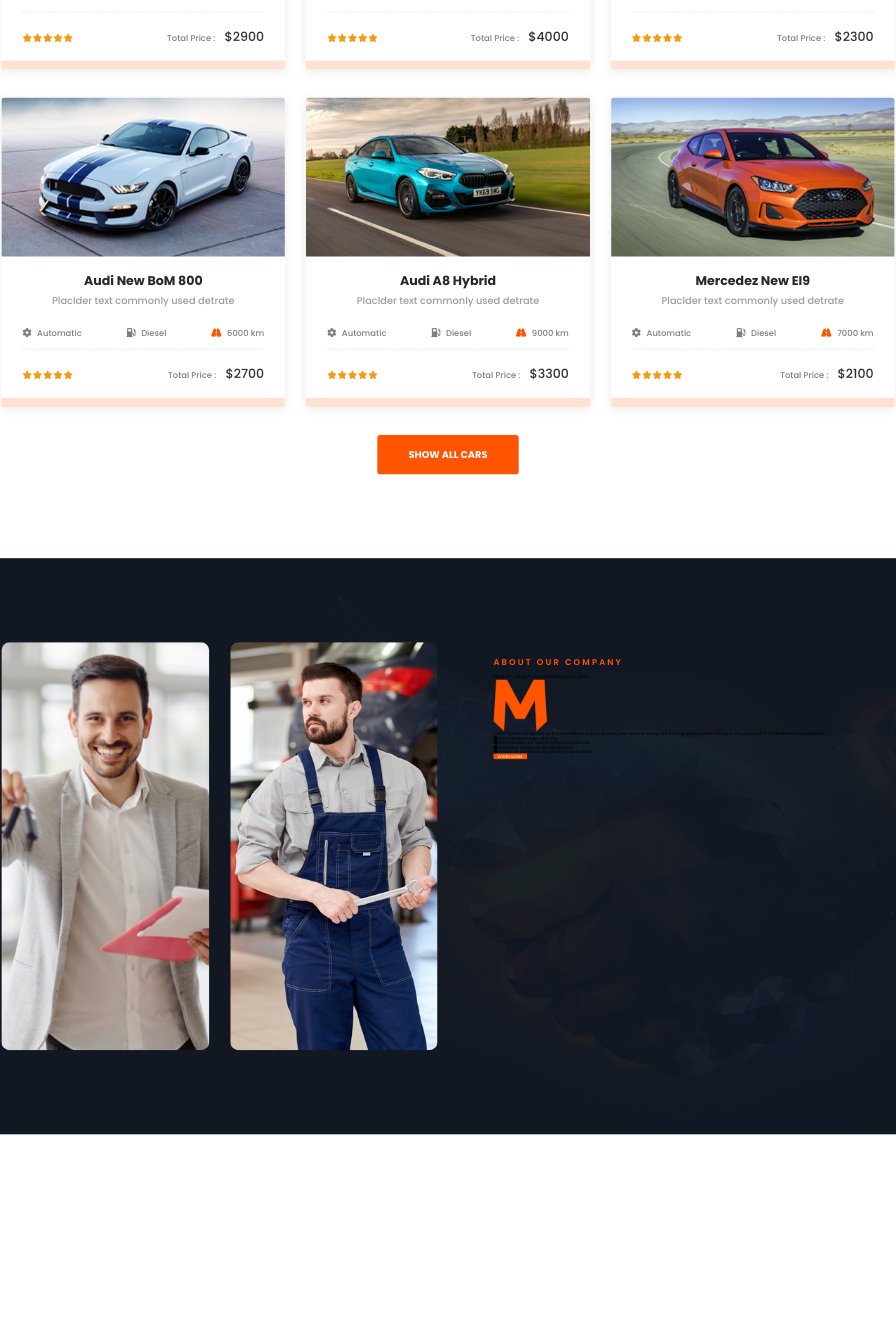
Repository: thanhdinh01/shopcar
Page: index.html
The author's editor kept a copy of each file at every save. The page is drawn from the files as they stood at one save, then again after the next save.
The browser window is 1280 px wide. The pictures show the part of the page from y = 2139 to 4059 px (the page is 4059 px tall), at 70% of full size.
Some web libraries are served in a nearby version. The style sheet was rebuilt from its Sass, Less or Tailwind sources for each picture, by a compiler version that may differ from the author's.

Above is the page before, as saved 2022-08-17 20:53:15.

### index.html
<!DOCTYPE html>
<html lang="en">
  <head>
    <meta charset="UTF-8" />
    <meta http-equiv="X-UA-Compatible" content="IE=edge" />
    <meta name="viewport" content="width=device-width, initial-scale=1.0" />
    <title>Increase follower on social media</title>
    <link
      rel="stylesheet"
      href="https://cdnjs.cloudflare.com/ajax/libs/font-awesome/6.1.2/css/all.min.css"
      integrity="sha512-1sCRPdkRXhBV2PBLUdRb4tMg1w2YPf37qatUFeS7zlBy7jJI8Lf4VHwWfZZfpXtYSLy85pkm9GaYVYMfw5BC1A=="
      crossorigin="anonymous"
      referrerpolicy="no-referrer"
    />
    <link
      href="https://fonts.googleapis.com/css2?family=Poppins:wght@300;400;500;600;700;900&display=swap"
      rel="stylesheet"
    />
    <link rel="stylesheet" href="./css/style.css" />
  </head>

  <body>
    <div class="main">
      <!-- HEADER -->
      <header class="header">
        <div class="header-top">
          <div class="container">
            <div class="header-top-container dflex">
              <ul class="header-top-left">
                <li>
                  <i class="fa-regular fa-envelope"></i>
                  <p>thanhdinhduy@support.com</p>
                </li>
                <li>
                  <i class="fa-regular fa-clock"></i>
                  <p>10:00 AM To 5:00 PM</p>
                </li>
              </ul>
              <ul class="header-top-right">
                <li class="header-contact">
                  <a href="#"><i class="fa-brands fa-square-facebook"></i></a>
                  <a href="#"><i class="fa-brands fa-square-twitter"></i></a>
                  <a href="#"><i class="fa-brands fa-square-vimeo"></i></a>
                  <a href="#"><i class="fa-brands fa-linkedin"></i></a>
                </li>
                <li class="header-login">
                  <a href="#" class="login">
                    <i class="fa-regular fa-circle-user"></i> LOGIN
                  </a>
                  <a href="#" class="logup"> REGISTER </a>
                </li>
              </ul>
            </div>
          </div>
        </div>
        <div class="header-navigation">
          <div class="container p15 dflex">
            <div class="nav-logo">
              <a href="#" class="logo-link">
                <img
                  class="logo-header-img"
                  src="./images/header/logo.png"
                  alt="logo"
                />
              </a>
            </div>
            <div class="nav-total dflex">
              <ul class="nav-list dflex">
                <li class="nav-item active">
                  <a href="#">HOME</a>
                </li>
                <li class="nav-item">
                  <a href="#">INVENTORY </a>
                  <ul class="sub-list">
                    <li class="sub-item">
                      <a href="#">Inventory List</a>
                    </li>
                    <li class="sub-item">
                      <a href="#">Inventory Details</a>
                    </li>
                  </ul>
                </li>
                <li class="nav-item">
                  <a href="#">PAGES</a>
                  <ul class="sub-list">
                    <li class="sub-item">
                      <a href="#">About us</a>
                    </li>
                    <li class="sub-item">
                      <a href="#">Loan Calculator</a>
                    </li>
                    <li class="sub-item">
                      <a href="#">Login Page</a>
                    </li>
                  </ul>
                </li>
                <li class="nav-item">
                  <a href="#">BLOG</a>
                  <ul class="sub-list">
                    <li class="sub-item">
                      <a href="#">Our Blog</a>
                    </li>
                    <li class="sub-item">
                      <a href="#">Blog Details</a>
                    </li>
                  </ul>
                </li>
                <li class="nav-item">
                  <a href="#">DEALERS</a>
                </li>
                <li class="nav-item">
                  <a href="#">CONTACT</a>
                </li>
              </ul>
              <ul class="nav-interact dflex">
                <li class="cart">
                  <a href="#" class="cart-link">
                    <i class="fa-solid fa-basket-shopping"></i>
                  </a>
                  <div class="cart-quantity">4</div>
                  <div class="cart-wrap">
                    <div class="cart-top">
                      <div class="cart-item">
                        <a href="#" class="product-img">
                          <img
                            src="./images/latest-car/t_released_cars_thumb01.jpg"
                            alt=""
                          />
                        </a>
                        <div class="product-desc">
                          <a href="#" class="product-title"
                            >Mercedes-Benz GLE Coupe</a
                          >
                          <span class="product-price">$299</span>
                        </div>
                        <div class="delete-item">
                          <i class="fa-regular fa-trash-can"></i>
                        </div>
                      </div>
                      <div class="cart-item">
                        <a href="#" class="product-img">
                          <img
                            src="./images/latest-car/t_released_cars_thumb02.jpg"
                            alt=""
                          />
                        </a>
                        <div class="product-desc">
                          <a href="#" class="product-title">
                            Mercedes-Benz GLE Coupe
                          </a>
                          <span class="product-price">$299</span>
                        </div>
                        <div class="delete-item">
                          <i class="fa-regular fa-trash-can"></i>
                        </div>
                      </div>
                      <div class="cart-item">
                        <a href="#" class="product-img">
                          <img
                            src="./images/latest-car/t_released_cars_thumb03.jpg"
                            alt=""
                          />
                        </a>
                        <div class="product-desc">
                          <a href="#" class="product-title"
                            >Mercedes-Benz GLE Coupe Benz GLE Coupe</a
                          >
                          <span class="product-price">$299</span>
                        </div>
                        <div class="delete-item">
                          <i class="fa-regular fa-trash-can"></i>
                        </div>
                      </div>
                      <div class="cart-item">
                        <a href="#" class="product-img">
                          <img
                            src="./images/latest-car/t_released_cars_thumb04.jpg"
                            alt=""
                          />
                        </a>
                        <div class="product-desc">
                          <a href="#" class="product-title"
                            >Mercedes-Benz GLE Coupe</a
                          >
                          <span class="product-price">$299</span>
                        </div>
                        <div class="delete-item">
                          <i class="fa-regular fa-trash-can"></i>
                        </div>
                      </div>
                    </div>
                    <div class="cart-bottom">
                      <div class="cart-bottom-price">
                        <p>Total</p>
                        <span>$1000</span>
                      </div>
                      <div class="cart-bottom-buying">
                        <button class="button buy-now">SHOPPING CART</button>
                        <button class="button check-out">CHECK OUT</button>
                      </div>
                    </div>
                  </div>
                </li>
                <li class="quote">
                  <button class="button">GET A QUOTE</button>
                </li>
                <li class="search">
                  <i class="fa-solid fa-magnifying-glass search-toggle"></i>
                </li>
              </ul>
            </div>
          </div>
        </div>
        <div class="search-active">
          <input
            type="text"
            name=""
            id=""
            class="input-search"
            placeholder="Type here..."
          />
          <button class="search-icon">
            <i class="fa-solid fa-magnifying-glass"></i>
          </button>
        </div>
        <div class="header-main">
          <img src="./images/header/slider_content_icon.png" alt="" />
          <p class="mission">
            <i class="fa-solid fa-circle"></i>
            YOUR TRUST OUR ASSET
            <i class="fa-solid fa-circle"></i>
          </p>
          <h1 class="heading">FIND PERFECT CAR</h1>
          <p class="title">
            A car dealership, or vehicle local distribution, is a business
          </p>
          <button class="button button-header">FIND IT NOW</button>
        </div>
        <div class="header-selection">
          <div class="container-normal">
            <ul class="select-list">
              <li class="select-item">
                <div class="dropdown-select">
                  <span class="text-selected">Select Model</span>
                  <i class="fa-solid fa-angle-down"></i>
                </div>
                <ul class="dropdown-list">
                  <li class="dropdown-item">
                    <span class="dropdown-text">Select Model</span>
                  </li>
                  <li class="dropdown-item">
                    <span class="dropdown-text">Mercedes-Benz</span>
                  </li>
                  <li class="dropdown-item">
                    <span class="dropdown-text">Volkswagen</span>
                  </li>
                  <li class="dropdown-item">
                    <span class="dropdown-text">Aston-Martin</span>
                  </li>
                  <li class="dropdown-item">
                    <span class="dropdown-text">Lamboghini</span>
                  </li>
                  <li class="dropdown-item">
                    <span class="dropdown-text">Koenigsegg</span>
                  </li>
                </ul>
              </li>
              <li class="select-item">
                <div class="dropdown-select">
                  <span class="text-selected">Select Model</span>
                  <i class="fa-solid fa-angle-down"></i>
                </div>
                <ul class="dropdown-list">
                  <li class="dropdown-item">
                    <span class="dropdown-text"> Select Model</span>
                  </li>
                  <li class="dropdown-item">
                    <span class="dropdown-text">Volkswagen SC20</span>
                  </li>
                  <li class="dropdown-item">
                    <span class="dropdown-text">Honda CBR9</span>
                  </li>
                  <li class="dropdown-item">
                    <span class="dropdown-text">Aston K3518</span>
                  </li>
                  <li class="dropdown-item">
                    <span class="dropdown-text">BMW SC20</span>
                  </li>
                  <li class="dropdown-item">
                    <span class="dropdown-text">Toyota 186LM</span>
                  </li>
                </ul>
              </li>
              <li class="select-item">
                <div class="dropdown-select">
                  <span class="text-selected">Select Model</span>
                  <i class="fa-solid fa-angle-down"></i>
                </div>
                <ul class="dropdown-list">
                  <li class="dropdown-item">
                    <span class="dropdown-text">Select Model</span>
                  </li>
                  <li class="dropdown-item">
                    <span class="dropdown-text">SORN Status</span>
                  </li>
                  <li class="dropdown-item">
                    <span class="dropdown-text">Fuel Type</span>
                  </li>
                  <li class="dropdown-item">
                    <span class="dropdown-text">Last Log Book</span>
                  </li>
                  <li class="dropdown-item">
                    <span class="dropdown-text">MOT Expires</span>
                  </li>
                  <li class="dropdown-item">
                    <span class="dropdown-text">Vehicle TAX</span>
                  </li>
                </ul>
              </li>
              <li class="select-item">
                <div class="dropdown-select">
                  <span class="text-selected">Select Model</span>
                  <i class="fa-solid fa-angle-down"></i>
                </div>
                <ul class="dropdown-list">
                  <li class="dropdown-item">
                    <span class="dropdown-text">Select Model</span>
                  </li>
                  <li class="dropdown-item">
                    <span class="dropdown-text">BMW 7 Series</span>
                  </li>
                  <li class="dropdown-item">
                    <span class="dropdown-text">Mercedes-Benz</span>
                  </li>
                  <li class="dropdown-item">
                    <span class="dropdown-text">Volkswagen</span>
                  </li>
                  <li class="dropdown-item">
                    <span class="dropdown-text">Aston-Martin</span>
                  </li>
                  <li class="dropdown-item">
                    <span class="dropdown-text">Lamboghini</span>
                  </li>
                  <li class="dropdown-item">
                    <span class="dropdown-text">Koenigsegg</span>
                  </li>
                </ul>
              </li>
              <button class="button select-car">SELECT VEHICLE</button>
            </ul>
          </div>
        </div>
      </header>
      <!-- Features area -->
      <div class="features-area">
        <div class="container-normal">
          <div class="features-container dflex">
            <div class="features-item">
              <div class="features-img">
                <img src="./images/featured/features-icon.png" alt="" />
              </div>
              <h3 class="features-title">Dealership Points</h3>
              <p class="features-desc">
                Placlder text commonly is used detrate theys visual consectetur
                ading elitmod use
              </p>
            </div>
            <div class="features-item">
              <div class="features-img">
                <img src="./images/featured/h3_features_icon02.png" alt="" />
              </div>
              <h3 class="features-title">Trusted by clients</h3>
              <p class="features-desc">
                Placlder text commonly is used detrate theys visual consectetur
                ading elitmod use
              </p>
            </div>
            <div class="features-item">
              <div class="features-img">
                <img src="./images/featured/h3_features_icon03.png" alt="" />
              </div>
              <h3 class="features-title">We are your location</h3>
              <p class="features-desc">
                Placlder text commonly is used detrate theys visual consectetur
                ading elitmod use
              </p>
            </div>
            <div class="features-item">
              <div class="features-img">
                <img src="./images/featured/h3_features_icon04.png" alt="" />
              </div>
              <h3 class="features-title">Easy Financing</h3>
              <p class="features-desc">
                Placlder text commonly is used detrate theys visual consectetur
                ading elitmod use
              </p>
            </div>
          </div>
        </div>
      </div>
      <!-- Release cars -->
      <div class="release-cars">
        <div class="container-normal">
          <div class="release-car-container">
            <div class="release-title">
              <div class="title-blur">All Seller</div>
              <span>OUR FEATURED CARS</span>
              <h2>Latest Released Cars</h2>
            </div>
            <div class="menu-car">
              <div class="menu-control">
                <button class="button btn-menu-car active" data-type="all">
                  ALL SELLER
                </button>
                <button class="button btn-menu-car" data-type="newcar">
                  NEW CARS
                </button>
                <button class="button btn-menu-car" data-type="usedcar">
                  USED CARS
                </button>
              </div>
              <ul class="car-list"></ul>
            </div>
          </div>
          <div class="car-show-btn">
            <button class="button">SHOW ALL CARS</button>
          </div>
        </div>
      </div>
      <!-- About area -->
      <div class="about-area">
        <div class="container-normal">
          <div class="about-wrapper">
            <div class="about-area-img">
              <div class="img-item">
                <img src="./images/about-company/about_img01.jpg" alt="" />
              </div>
              <div class="img-item">
                <img src="./images/about-company/about_img02.jpg" alt="" />
              </div>
            </div>
            <div class="about-area-container">
              <div class="about-content">
                <div class="about-heading">
                  <p>ABOUT OUR COMPANY</p>
                  <h2>
                    More For Trade-In Could Increa se Car Here <span>.</span>
                  </h2>
                </div>
                <div class="about-desc">
                  <img src="./images/about-company/m.png" alt="" />
                  <p>
                    Lorem ipsum, or lipsum as it is sometimes known dummy text
                    used in laying out print, graphic or web designs. The
                    passage is attributed to an unknown.
                  </p>
                </div>
                <ul class="about-list">
                  <li class="list-item">
                    <i class="fa-solid fa-circle-check"></i>
                    Sometimes known dummy
                  </li>
                  <li class="list-item">
                    <i class="fa-solid fa-circle-check"></i>
                    Best solution for developing your business
                  </li>
                  <li class="list-item">
                    <i class="fa-solid fa-circle-check"></i>
                    Deserunt ad ipsum sint excepteur
                  </li>
                  <li class="list-item">
                    <i class="fa-solid fa-circle-check"></i>
                    Lorem sit occaecat ea proident excepteur
                  </li>
                </ul>
                <button class="button btn-about-area">LEARN MORE</button>
              </div>
            </div>
          </div>
        </div>
      </div>
    </div>
    <!-- javasript -->
    <script src="./js/app.js"></script>
    <!-- modal -->
  </body>
</html>

### css/style.scss
@import "reset";
@import "animation";
@import "variables";
@import "global";
@import "modal";
@import "header";
@import "features-area";
@import "release-car";
@import "about-area";

### css/_animation.scss
@keyframes fadeInUp {
  0% {
    opacity: 0;
    transform: translateY(20px);
  }
  100% {
    opacity: 1;
    transform: translateY(0);
  }
}
@keyframes opacityUp {
  0% {
    opacity: 0;
    transform: translateY(-20px);
  }
  100% {
    opacity: 1;
    transform: translateY(0);
  }
}
@keyframes fadeIn {
  0% {
    opacity: 0;
  }
  100% {
    opacity: 1;
  }
}
@keyframes fadeInModal {
  0% {
    opacity: 0;
    transform: translateY(-300px);
  }
  100% {
    opacity: 1;
    transform: translateY(0);
  }
}

@keyframes shine {
  100% {
    left: 125%;
  }
}
@keyframes scaleUp {
  0% {
    opacity: 0;
    transform: scale(0.4);
  }
  100% {
    opacity: 1;
    transform: scale(1);
  }
}

### css/_variables.scss
$primaryColor: #ff5400;
$blackColor: #000;
$whiteColor: #fff;
$textColor: #9c9c9c;

### css/_global.scss
body,
*,
html {
  font-family: "Poppins", sans-serif;
  font-size: 62.5%;
  box-sizing: border-box;
}
body {
  margin-bottom: 300px;
}
.container {
  width: 1440px;
  max-width: 100%;
  margin: 0 auto;
}
.container-normal {
  width: 1276px;
  max-width: 100%;
  margin: 0 auto;
}
.dflex {
  display: flex;
  justify-content: space-between;
  align-items: center;
}

.button {
  display: flex;
  justify-content: center;
  align-items: center;
  outline: none;
  border: none;
  color: $whiteColor;
  background-color: $primaryColor;
  line-height: 1;
  cursor: pointer;
}

.p15 {
  padding: 0 15px;
}

### css/_features-area.scss
.features-area {
  background-color: #f7f7f7;
  padding: 120px 0 90px;
  .features-container {
    gap: 0 30px;
    .features-item {
      background-color: $whiteColor;
      box-shadow: 0px 5px 14.88px 1.12px rgb(157 157 157 / 15%);
      border-radius: 4px;
      padding: 55px 30px;
      display: flex;
      flex-direction: column;
      align-items: center;

      .features-img {
        margin-bottom: 25px;
        img {
          object-fit: contain;
          transform: rotateY(0deg);
          transition: 0.5s linear;
        }
      }
      &:hover img {
        transform: rotateY(360deg);
      }
      .features-title {
        font-size: 1.8rem;
        margin-bottom: 12px;
        font-weight: 700;
      }
      .features-desc {
        text-align: center;
        color: #9c9c9c;
        font-size: 1.4rem;
        font-weight: 400;
        line-height: 1.7;
      }
    }
  }
}

### css/_about-area.scss
.about-area {
  background-image: url("../images/about-company/about_bg.jpg");
  padding: 120px 0;
  .about-wrapper {
    display: flex;
    justify-content: space-between;
    gap: 0 30px;
    .about-area-img {
      flex: 1;
      display: flex;
      gap: 0 30px;
      .img-item {
        flex: 1;
        img {
          width: 100%;
          height: 100%;
          object-fit: cover;
          border-radius: 12px;
        }
      }
    }
    .about-area-container {
      flex: 1;
      .about-content {
        padding: 22px 30px 22px 50px;
        .about-heading {
          p {
            font-size: 1.2rem;
            font-weight: 600;
            color: $primaryColor;
            letter-spacing: 3px;
            margin-bottom: 12px;
          }
        }
      }
    }
  }
}

Loaded but not shown: css/_reset.scss (common file); js/app.js (430 lines, source omitted); css/_header.scss (516 lines, source omitted); css/_release-car.scss (255 lines, source omitted); css/_modal.scss (170 lines, source omitted)

After the next save:
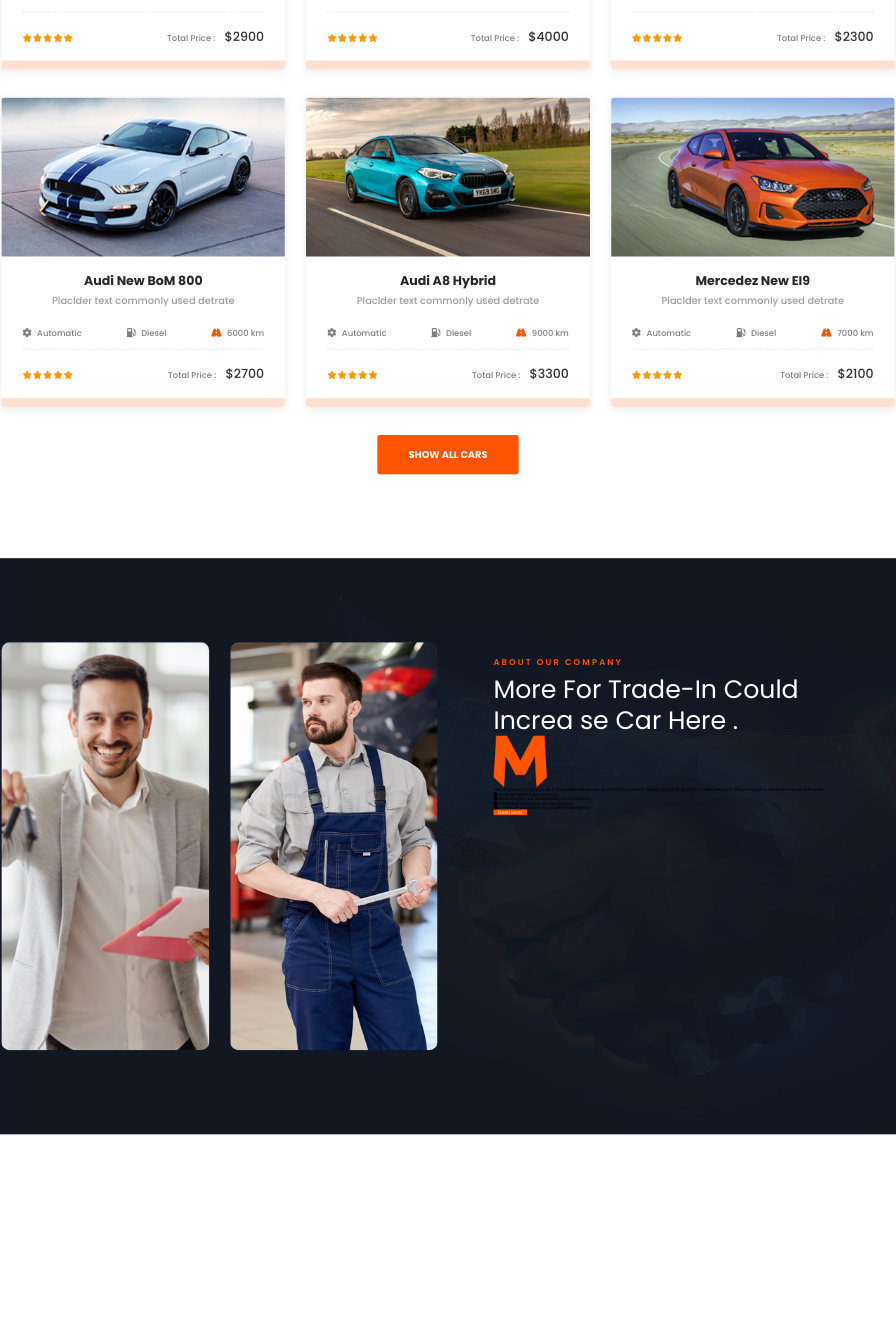
Saved 52 s later.
--- a/css/_about-area.scss
+++ b/css/_about-area.scss
@@ -31,6 +31,11 @@
             letter-spacing: 3px;
             margin-bottom: 12px;
           }
+          h2 {
+            font-size: 3.6rem;
+            line-height: 1.2;
+            color: $whiteColor;
+          }
         }
       }
     }
